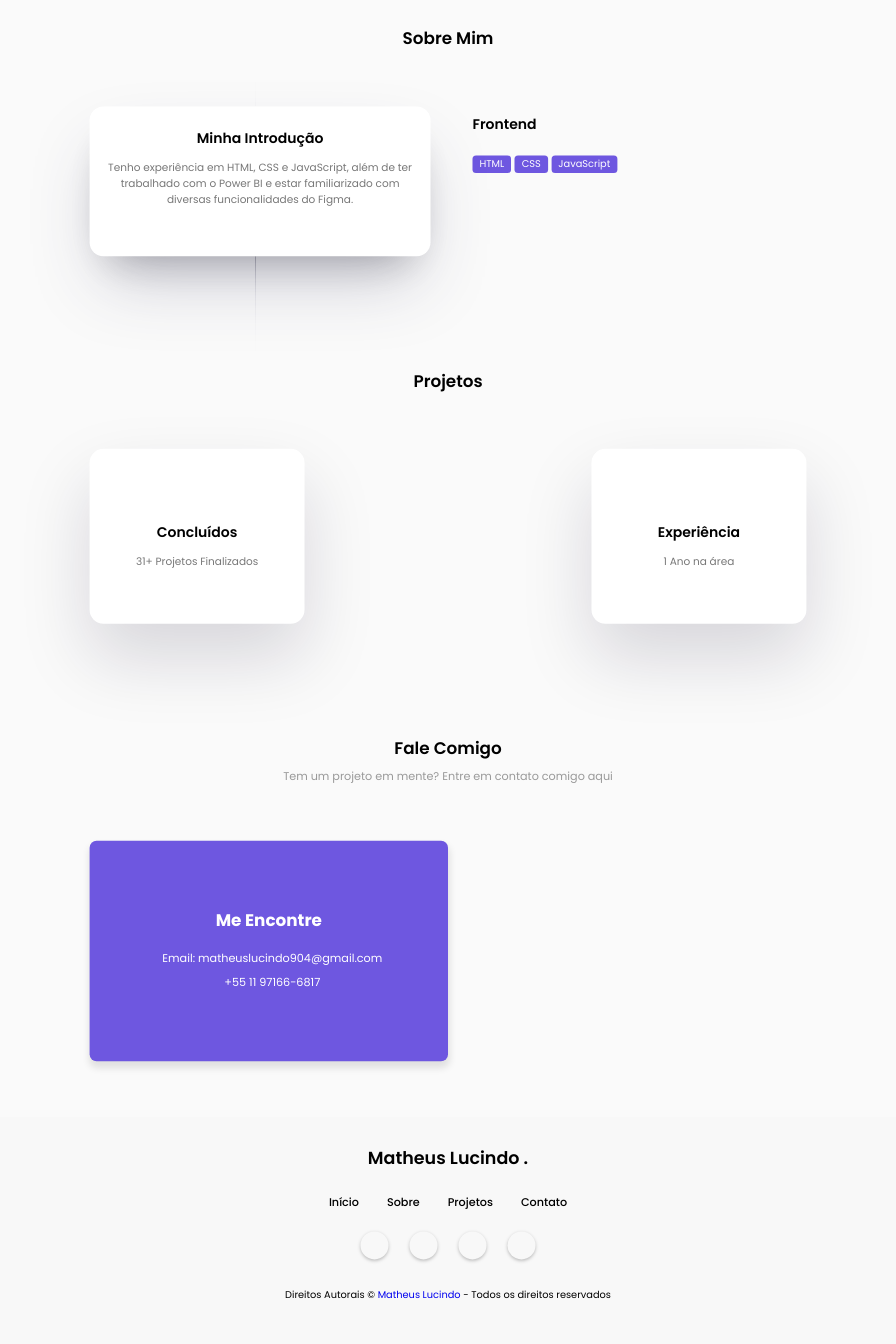
Repository: Matheus904-12/PrePortf
Page: index.html
The author's editor kept a copy of each file at every save. The page is drawn from the files as they stood at one save, then again after the next save.
The browser window is 1280 px wide. The pictures show the part of the page from y = 763 to 2683 px (the page is 2683 px tall before and 2653 px after), at 70% of full size.
Some icons come from a web library that is not loaded, so they are not drawn.

Above is the page before, as saved 2023-09-29 11:44:41.

After the next save:
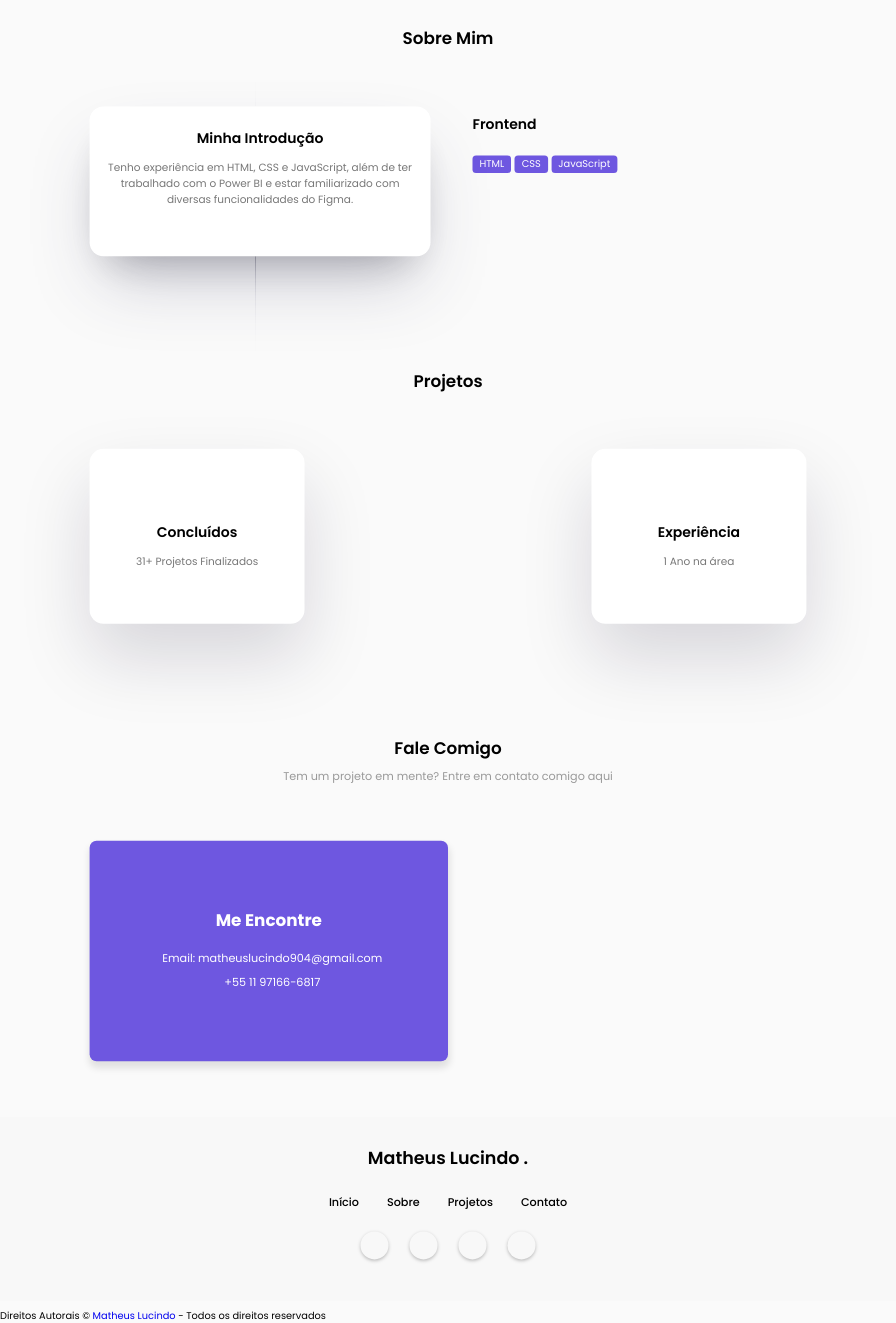
Saved 50 s later.
--- a/index.html
+++ b/index.html
@@ -174,10 +174,12 @@
                 </ul>
             </div>
             <div class="footer-social-icons">
-                <div class="icon"><i class="uil uil-instagram"></i></div>
-                <div class="icon"><i class="uil uil-linkedin-alt"></i></div>
-                <div class="icon"><i class="uil uil-figma"></i></div>
-                <div class="icon"><i class="uil uil-github-alt"></i></div>
+                <div class="icon"><a href="https://www.instagram.com/seu_perfil/" target="_blank"><i class="uil uil-instagram"></i></a></div>
+                <div class="icon"><a href="https://www.linkedin.com/in/seu_perfil/" target="_blank"><i class="uil uil-linkedin-alt"></i></a></div>
+                <div class="icon"><a href="https://www.figma.com/seu_perfil/" target="_blank"><i class="uil uil-figma"></i></a></div>
+                <div class="icon"><a href="https://github.com/seu_perfil/" target="_blank"><i class="uil uil-github-alt"></i></a></div>
+            </div>
+
                 <!-- Adicionado ícone do Figma -->
             </div>
             <div class="bottom-footer">

After the save that followed:
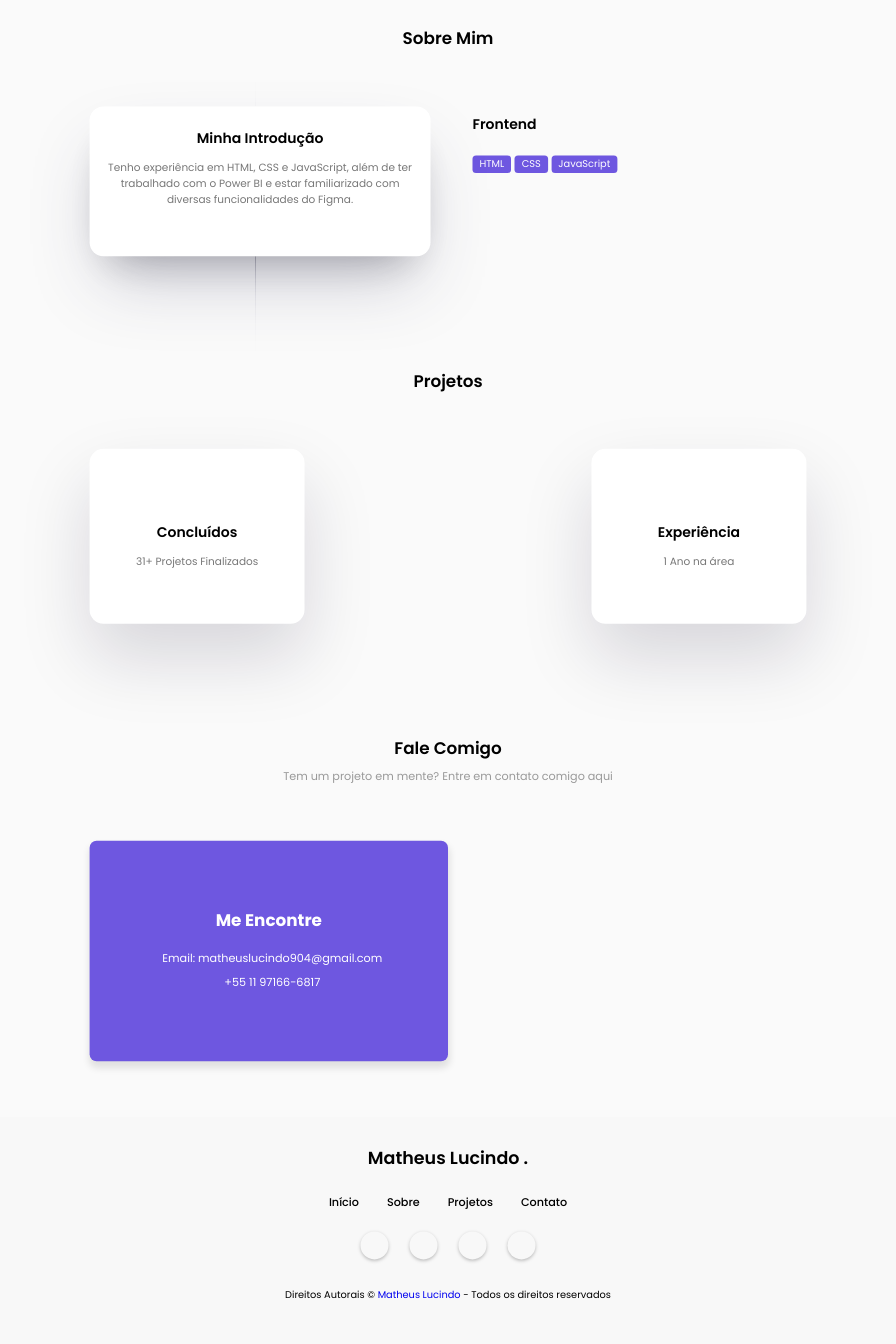
Saved 7 s later.
--- a/index.html
+++ b/index.html
@@ -179,9 +179,6 @@
                 <div class="icon"><a href="https://www.figma.com/seu_perfil/" target="_blank"><i class="uil uil-figma"></i></a></div>
                 <div class="icon"><a href="https://github.com/seu_perfil/" target="_blank"><i class="uil uil-github-alt"></i></a></div>
             </div>
-
-                <!-- Adicionado ícone do Figma -->
-            </div>
             <div class="bottom-footer">
                 <p>Direitos Autorais &copy; <a href="#home" style="text-decoration: none;">Matheus Lucindo</a> - Todos os direitos
                     reservados
